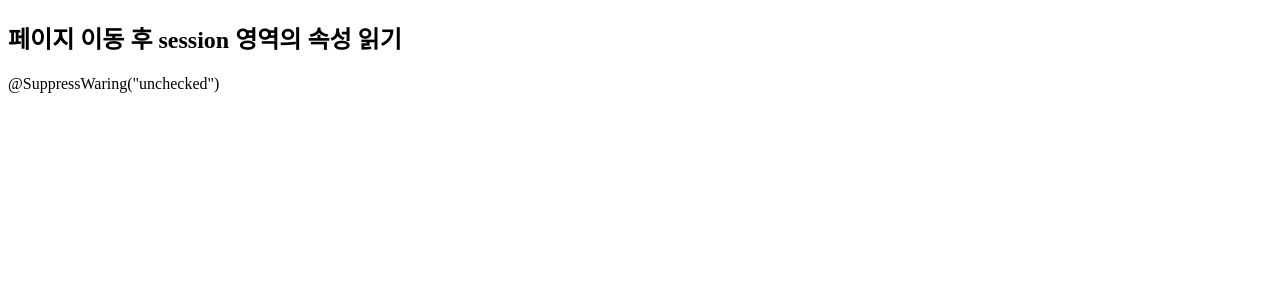
Repository: redi961/JSP_Studying
Page: http://localhost/MustHaveJSP/03_DTO/SessionLocation.jsp
The author's editor kept a copy of each file at every save. The page is drawn from the files as they stood at one save, then again after the next save.
The browser window is 1280 px wide. The pictures show the whole page.
The page is served by Tomcat 9.

Above is the page before, as saved 2022-10-13 02:48:14.

After the next save:
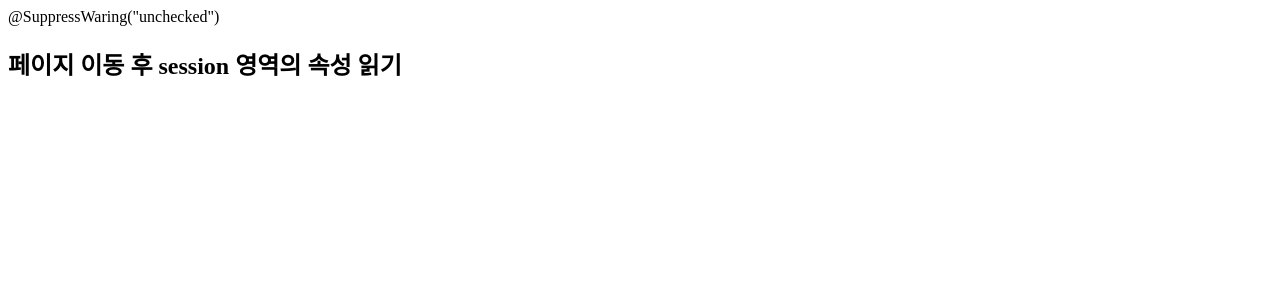
Saved 46 s later.
--- a/MustHaveJSP/src/main/webapp/03_DTO/SessionLocation.jsp
+++ b/MustHaveJSP/src/main/webapp/03_DTO/SessionLocation.jsp
@@ -7,8 +7,9 @@
 <meta charset="UTF-8">
 </head>
 <body>
+@SuppressWaring("unchecked")
 	<h2>페이지 이동 후 session 영역의 속성 읽기</h2>
-	@SuppressWaring("unchecked")
+
 	<%
 
 	ArrayList<String> lists = (ArrayList<String>)session.getAttribute("lists");
